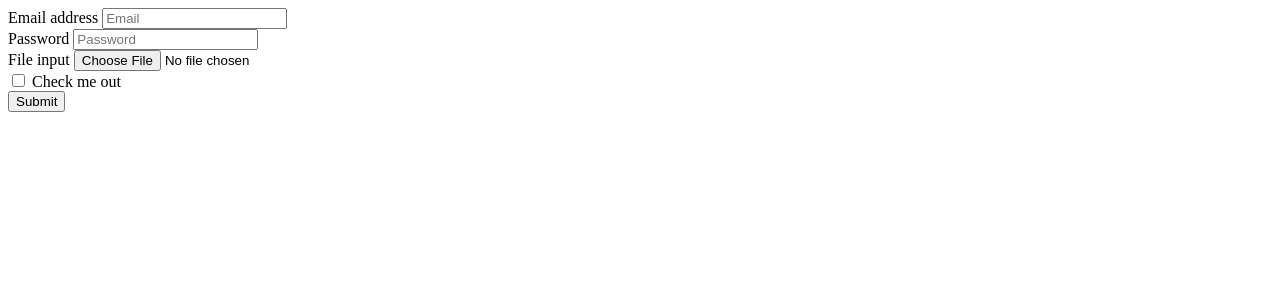
Repository: felipedischer/valemobi
Page: http://localhost/Valemobi/
These files come from the project's save history. The page is drawn as it stood at one moment and after the next save; the edit follows.
The browser window is 1280 px wide. The pictures show the whole page.
The page is served by Tomcat 9. Other server files are loaded and not shown.

Above is the page before, as saved 2016-09-28 03:00:22.

### Valemobi/WebContent/index.jsp
<%@ page language="java" contentType="text/html; charset=ISO-8859-1"
    pageEncoding="ISO-8859-1"%>
<!DOCTYPE html PUBLIC "-//W3C//DTD HTML 4.01 Transitional//EN" "http://www.w3.org/TR/html4/loose.dtd">
<html>
<head>
<meta http-equiv="Content-Type" content="text/html; charset=ISO-8859-1">
<title>Teste</title>
</head>
<body>


<form>
  <div class="form-group">
    <label for="exampleInputEmail1">Email address</label>
    <input type="email" class="form-control" id="exampleInputEmail1" placeholder="Email">
  </div>
  <div class="form-group">
    <label for="exampleInputPassword1">Password</label>
    <input type="password" class="form-control" id="exampleInputPassword1" placeholder="Password">
  </div>
  <div class="form-group">
    <label for="exampleInputFile">File input</label>
    <input type="file" id="exampleInputFile">

  </div>
  <div class="checkbox">
    <label>
      <input type="checkbox"> Check me out
    </label>
  </div>
  <button type="submit" class="btn btn-default">Submit</button>
</form>



</body>
</html>

After the next save:
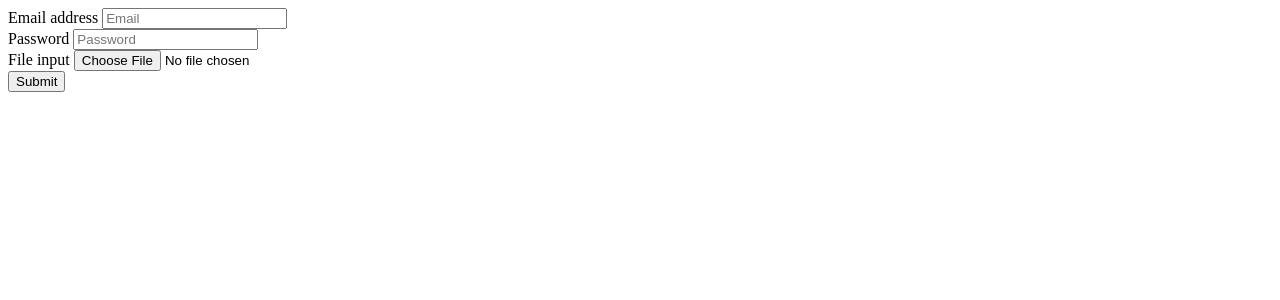
Saved 12 s later.
--- a/Valemobi/WebContent/index.jsp
+++ b/Valemobi/WebContent/index.jsp
@@ -24,9 +24,7 @@
 
   </div>
   <div class="checkbox">
-    <label>
-      <input type="checkbox"> Check me out
-    </label>
+
   </div>
   <button type="submit" class="btn btn-default">Submit</button>
 </form>
